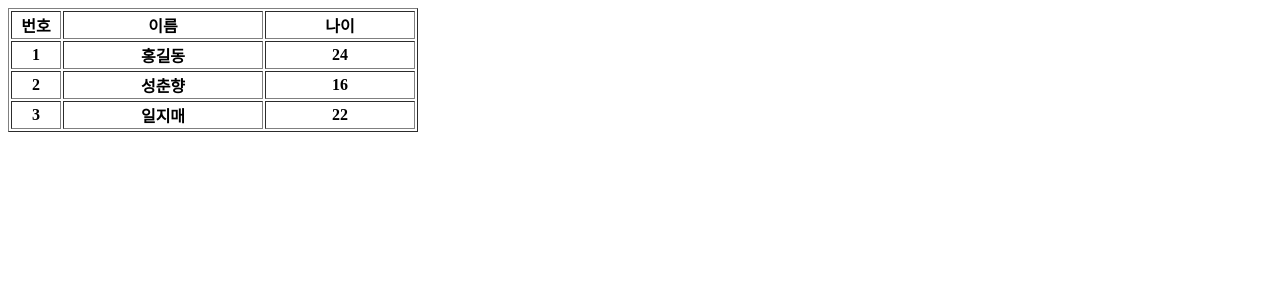
Repository: suhong99/JqueryLecture
Page: sample02/src/main/webapp/index1.html
The author's editor kept a copy of each file at every save. The page is drawn from the files as they stood at one save, then again after the next save.
The browser window is 1280 px wide. The pictures show the whole page.

Above is the page before, as saved 2023-06-26 04:45:51.

After the next save:
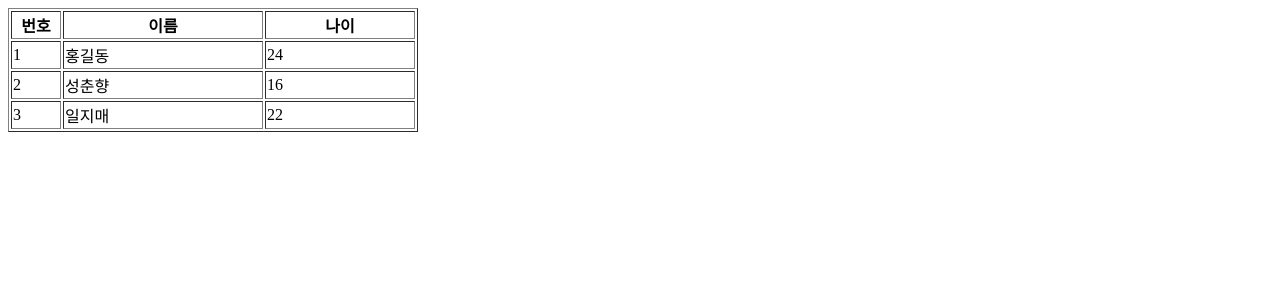
Saved 70 s later.
--- a/sample02/src/main/webapp/index1.html
+++ b/sample02/src/main/webapp/index1.html
@@ -13,13 +13,13 @@
 	<th>번호</th><th>이름</th><th>나이</th>
 </tr>
 <tr class="hover">
-	<th>1</th><th>홍길동</th><th>24</th>
+	<td>1</td><td>홍길동</td><td>24</td>
 </tr>
 <tr class="hover">
-	<th>2</th><th>성춘향</th><th>16</th>
+	<td>2</td><td>성춘향</td><td>16</td>
 </tr>
 <tr class="hover">
-	<th>3</th><th>일지매</th><th>22</th>
+	<td>3</td><td>일지매</td><td>22</td>
 </tr>
 </table>
 
